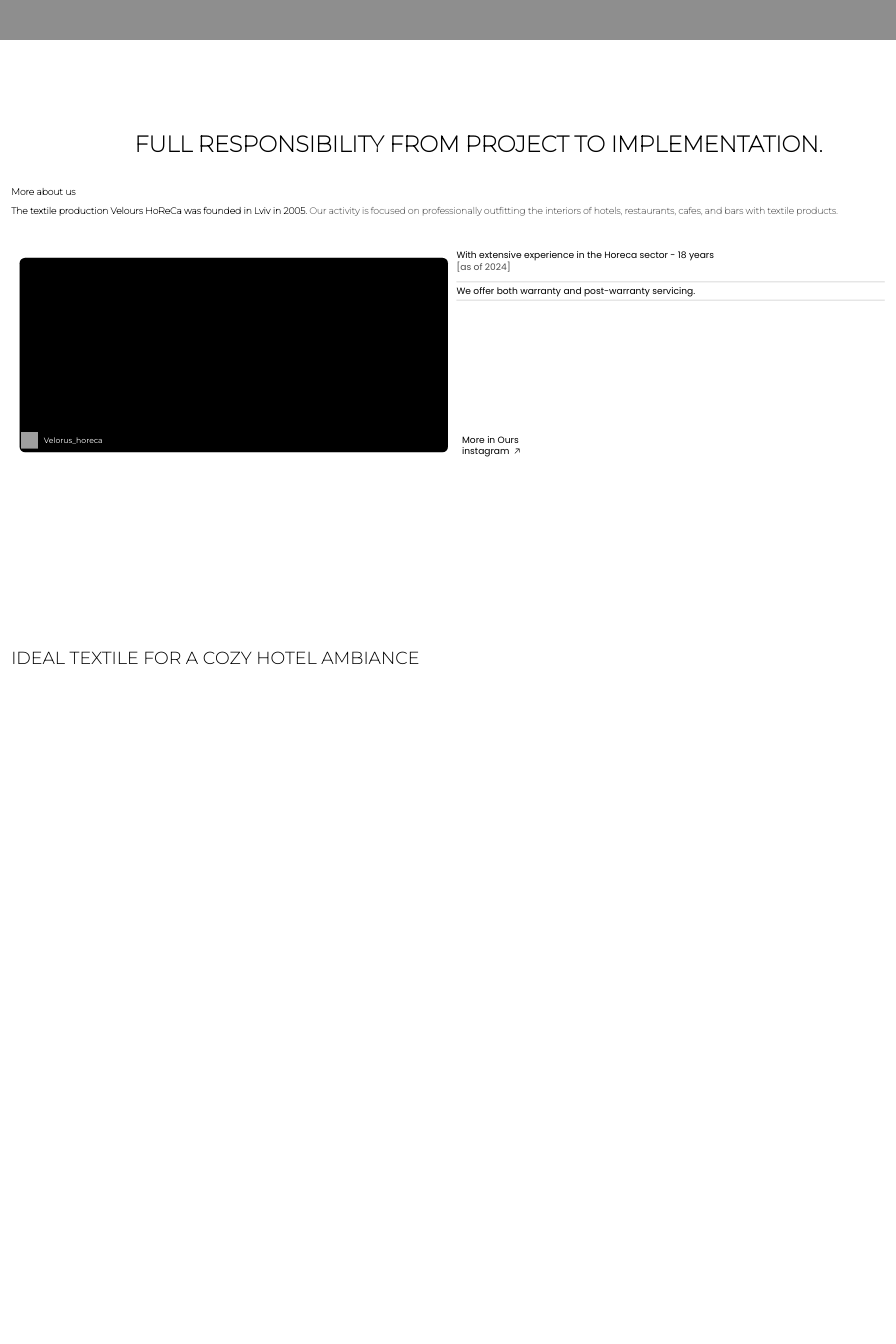
Repository: nikhilsinghrathore1/Shery_02
Page: /
An editor plug-in stored every save of this project. The page is shown before and after the next save, followed by the edit.
The browser window is 1280 px wide. The pictures show the part of the page from y = 2823 to 4743 px (the page is 5544 px tall), at 70% of full size.
Pictures or frames that could not be fetched are drawn as grey boxes. The project was rebuilt for these pictures with package versions that can differ from the ones it lists, and the page was loaded fresh each time. Also part of the build but not shown: vite.config.js.

Above is the page before, as saved 2024-07-18 03:06:23.

After the next save:
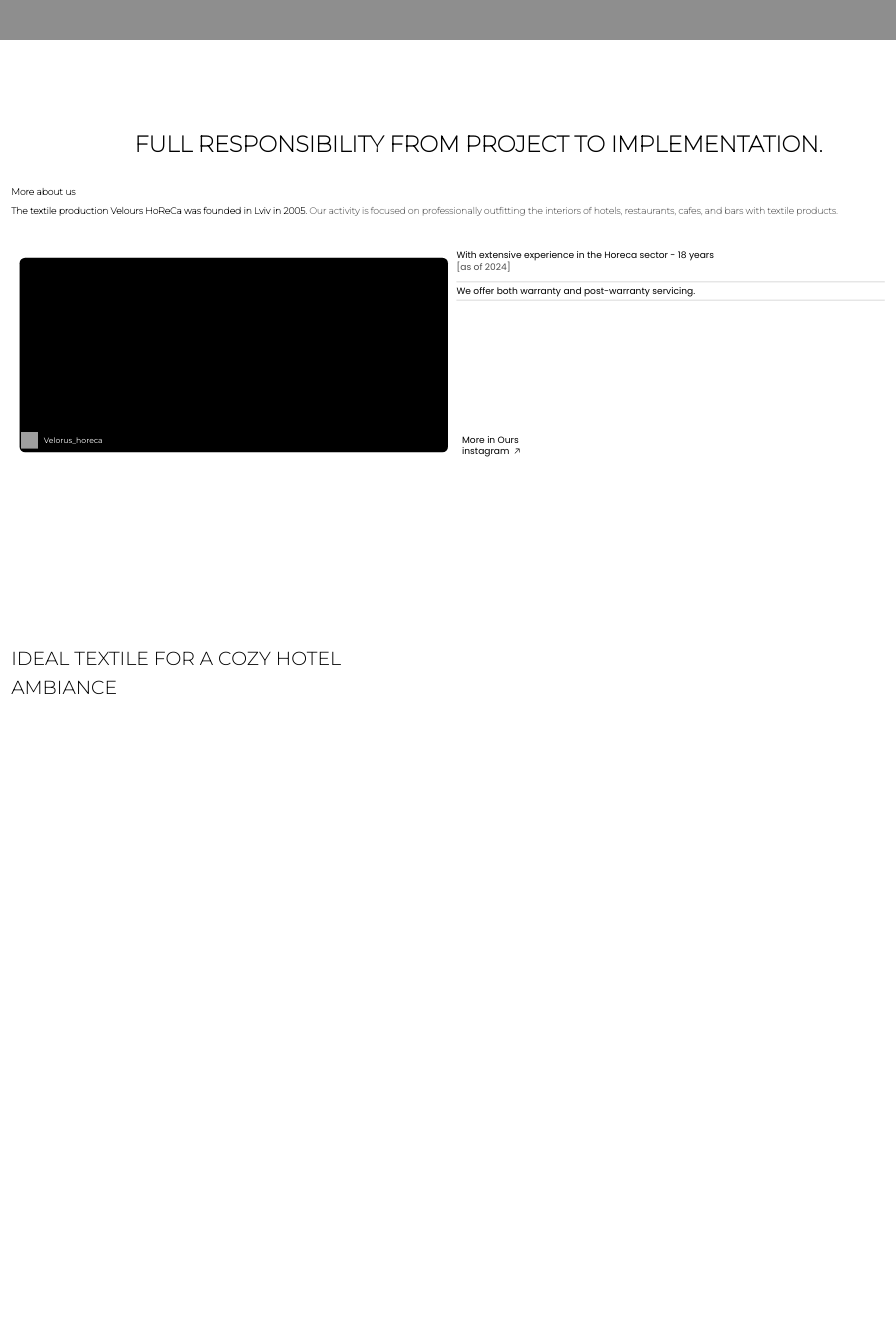
Saved 6 s later.
--- a/src/pages/Landing.jsx
+++ b/src/pages/Landing.jsx
@@ -55,7 +55,7 @@ const Landing = () => {
                </div>
 
                <div className='w-full h-[250vh] px-4'>
-                              <div className=' uppercase text-[25px] w-[50%] f1 font-light '>
+                              <div className=' uppercase text-[27px] w-[50%] f1 font-light '>
                                              <p>ideal textile for a cozy hotel ambiance</p>
                               </div>
                </div>
